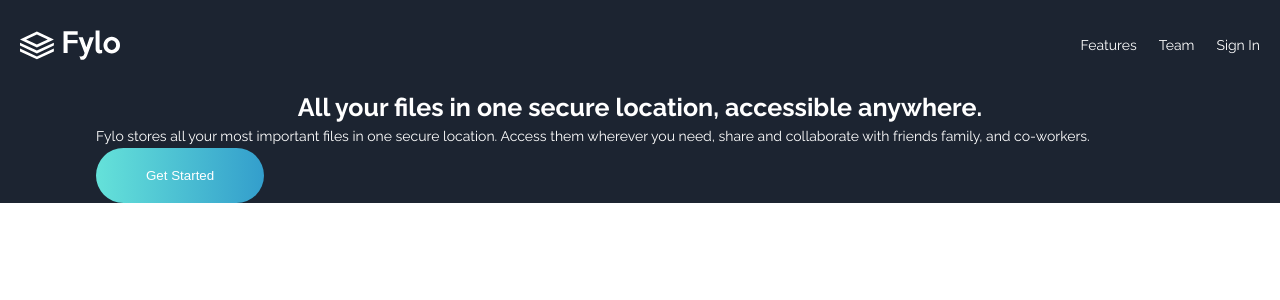
Repository: tomas938/fylo-dark-theme-landing-page-master
Page: index.html
The author's editor kept a copy of each file at every save. The page is drawn from the files as they stood at one save, then again after the next save.
The browser window is 1280 px wide. The pictures show the whole page.
The style sheet was rebuilt from its Sass, Less or Tailwind sources for each picture, by a compiler version that may differ from the author's.

Above is the page before, as saved 2021-08-05 11:59:18.

After the next save:
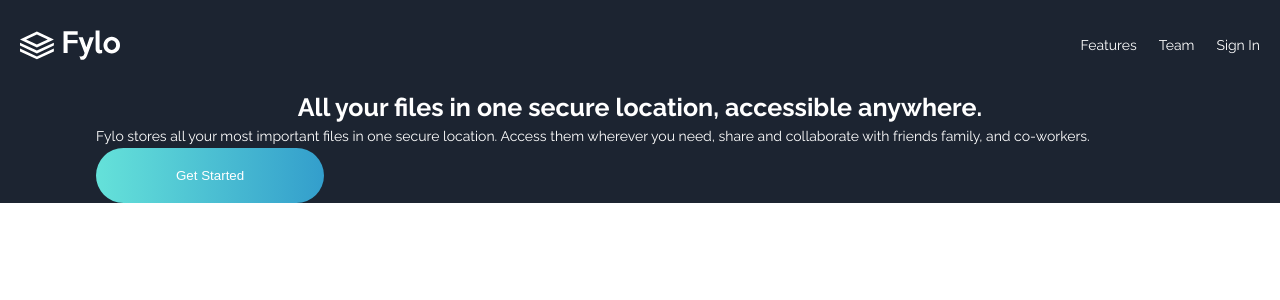
Saved 8 s later.
--- a/scss/_partials/_intro.scss
+++ b/scss/_partials/_intro.scss
@@ -41,7 +41,7 @@
 		outline: none;
 		color: $white;
 		background-image: linear-gradient(to right, $cayn, $blue);
-		padding: 2rem 5rem;
+		padding: 2rem 8rem;
 		border-radius: 3rem;
 	}
 }
